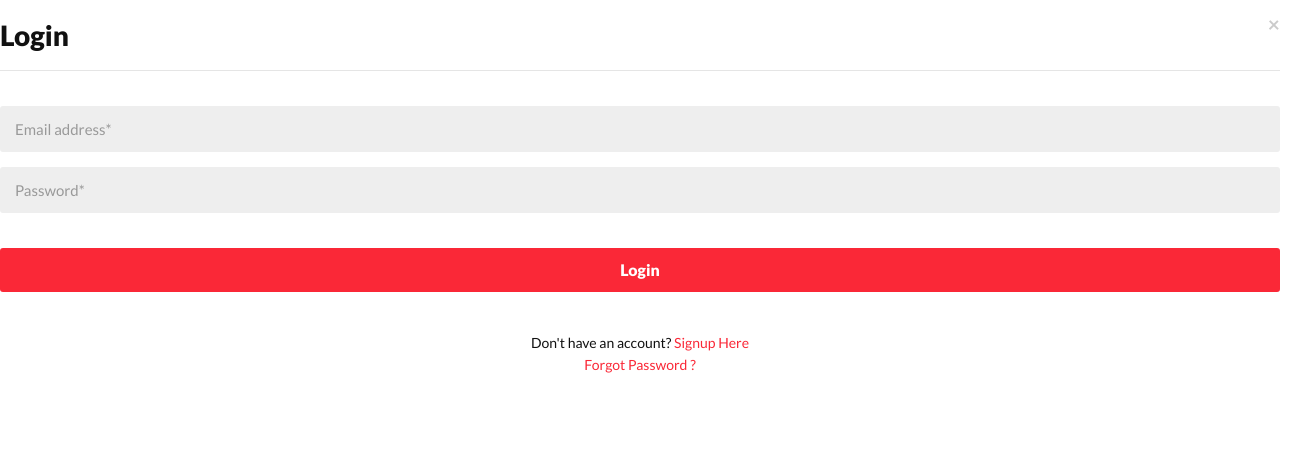
Repository: Het95/Bike-Rental-JSP
Page: http://localhost/AJOep/login.jsp
The author's editor kept a copy of each file at every save. The page is drawn from the files as they stood at one save, then again after the next save.
The browser window is 1280 px wide. The page is 1295 px wide, then 1280 px, so the pictures cover 1295 px, including what lies to the right of the window. The pictures show the whole page.
The page is served by Tomcat 9.

Above is the page before, as saved 2020-05-31 21:27:36.

After the next save:
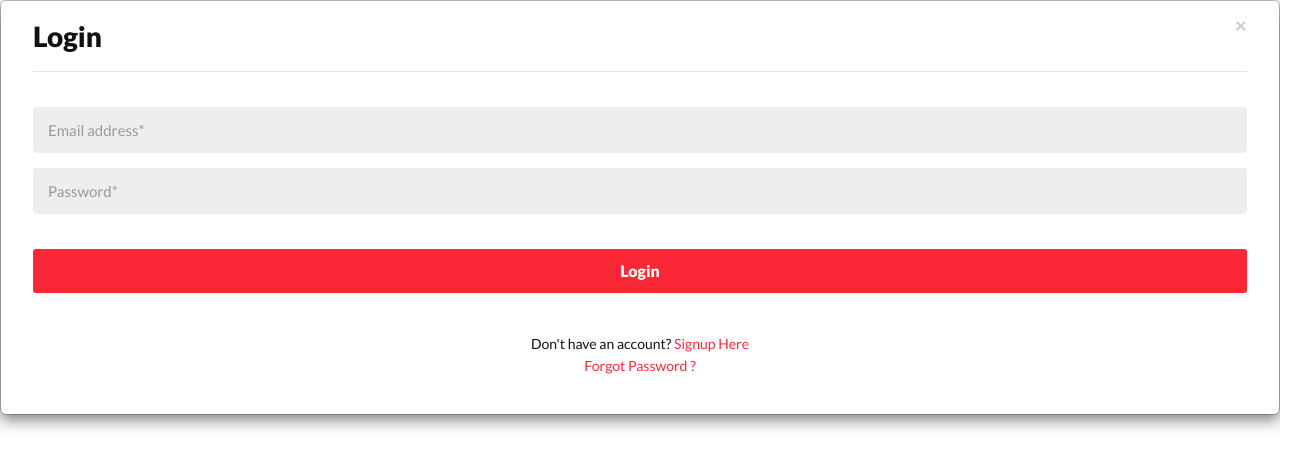
Saved 9 s later.
--- a/AJOep/WebContent/login.jsp
+++ b/AJOep/WebContent/login.jsp
@@ -24,7 +24,7 @@
 
 		<div id="loginform">
   <div role="document">
-    <div >
+    <div class="modal-content">
       <div class="modal-header">
         <button type="button" class="close" data-dismiss="modal" aria-label="Close"><span aria-hidden="true">&times;</span></button>
         <h3 class="modal-title">Login</h3>
